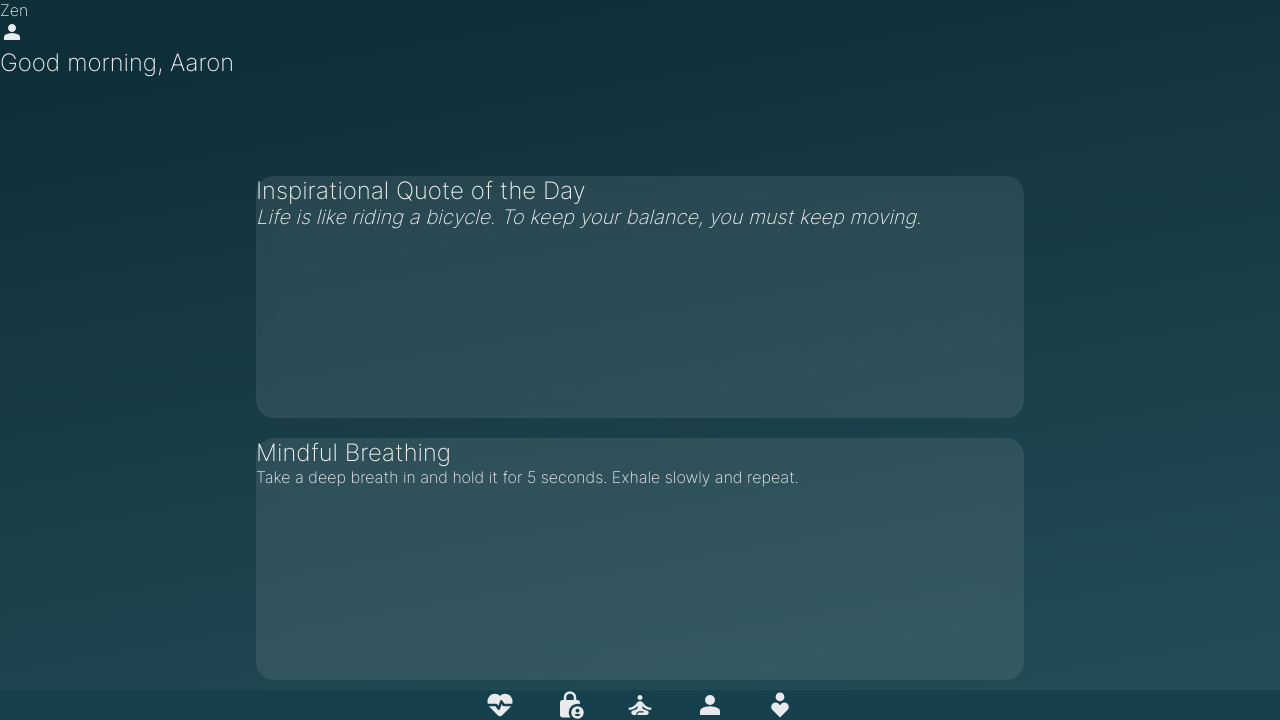
Repository: aaronw-dev/Zen
Page: dashboard.html
These files come from the project's save history. The page is drawn as it stood at one moment and after the next save; the edit follows.
The browser window is 1280 px wide. The pictures show the whole page.

Above is the page before, as saved 2024-06-08 13:52:52.

After the next save:
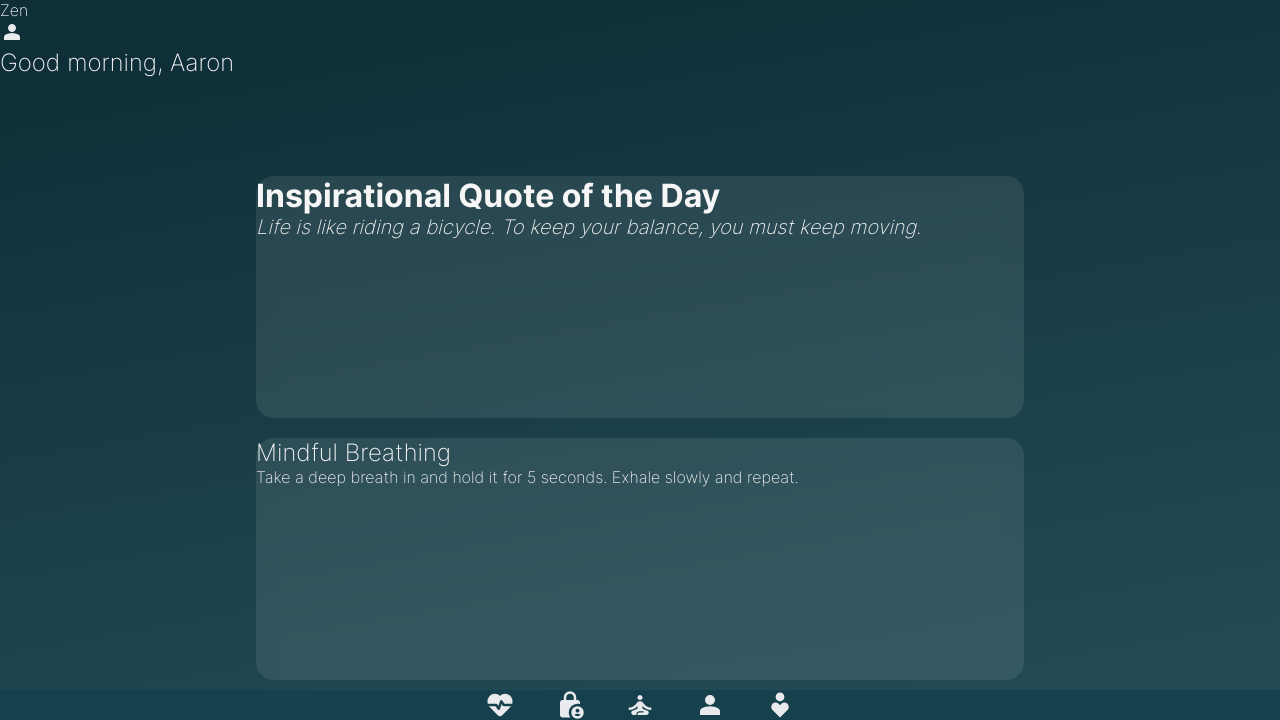
Saved 11 s later.
--- a/static/style.css
+++ b/static/style.css
@@ -163,7 +163,13 @@ p {
 }
 
 .section-title{
+    color: #F6F6F6;
 
+font-family: Inter;
+font-size: 32px;
+font-style: normal;
+font-weight: 700;
+line-height: normal;
 }
 .quote{
     color: #F6F6F6;
